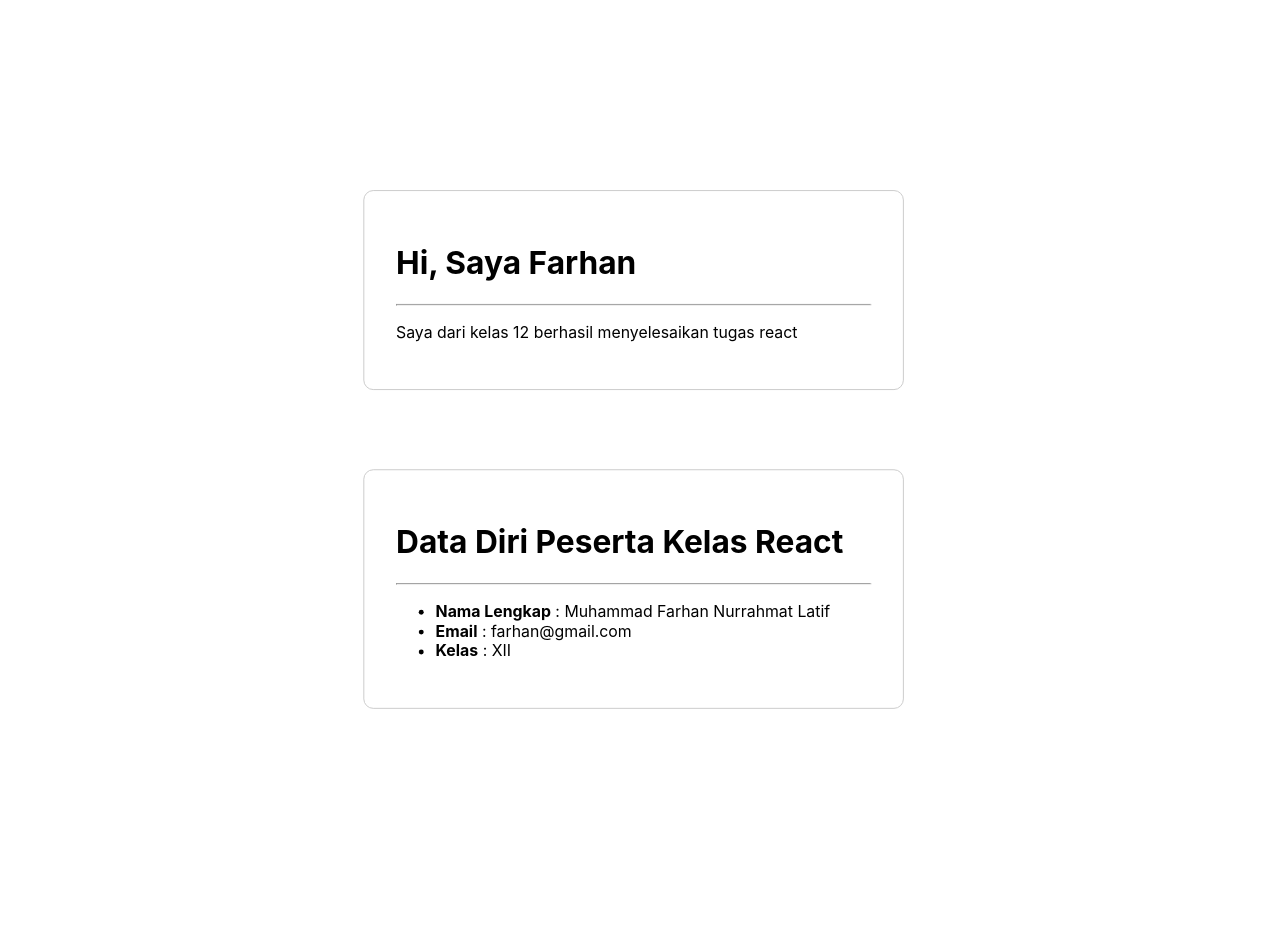
Repository: mfarhannr/Tugas-Reactjs_Farhan
Page: /
An editor plug-in stored every save of this project. The page is shown before and after a run of saves, followed by the edit.
The browser window is 1280 px wide. The pictures show the whole page, at 99% of full size.
The project was rebuilt for these pictures with package versions that can differ from the ones it lists, and the page was loaded fresh each time.

Above is the page before, as saved 2024-05-03 15:44:08.

After the next 2 saves:
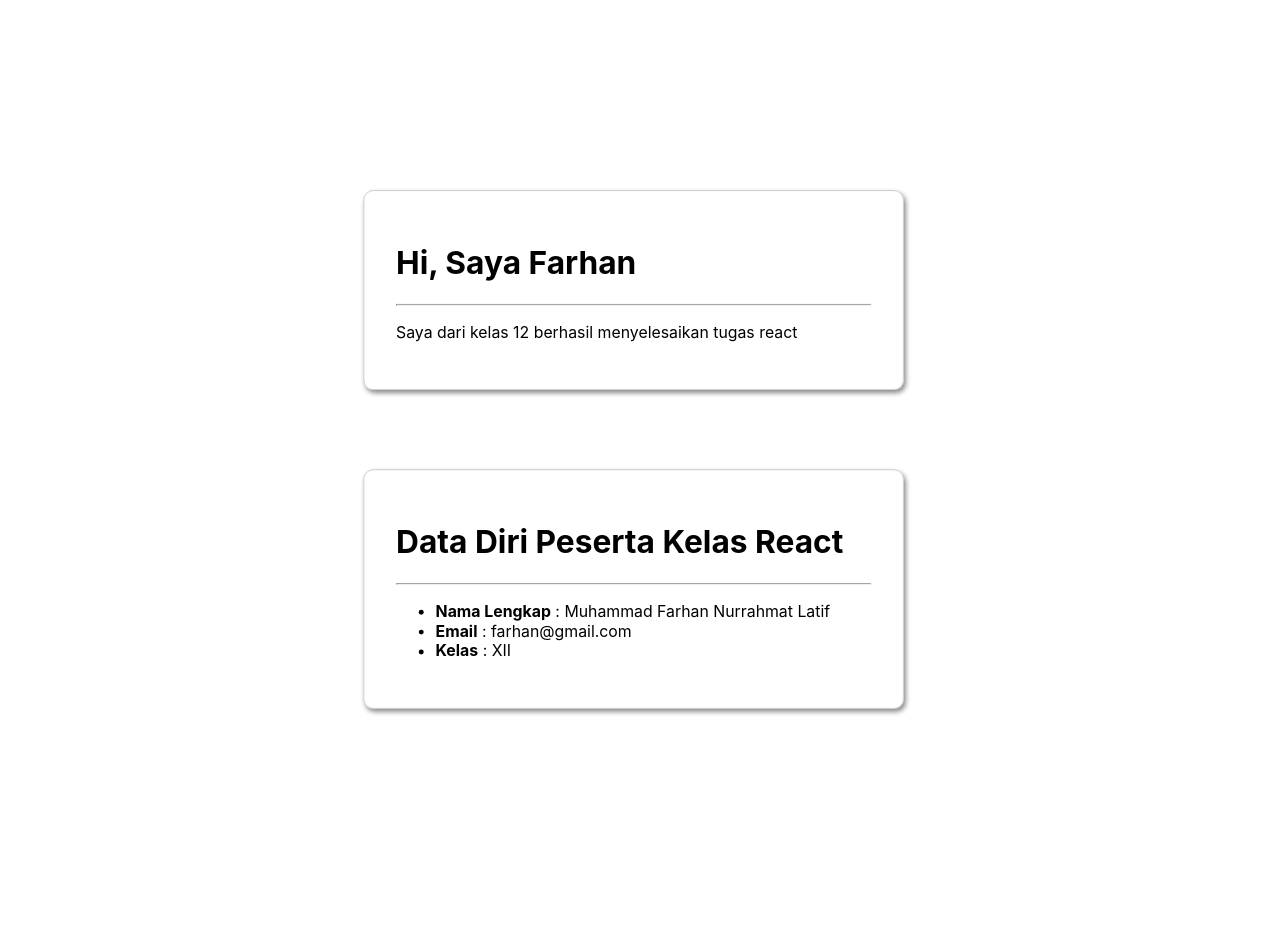
The 2 saves are shown as one change because they came seconds apart.
The last was saved 13 s later.
--- a/src/App.css
+++ b/src/App.css
@@ -8,6 +8,7 @@
   padding: 2em;
   margin: 2em auto;
   width: 50%;
+  box-shadow: 2px 3px 5px #888888;
 }
 
 span {
@@ -20,6 +21,7 @@ span {
   padding: 2em;
   margin: 5em auto;
   width: 50%;
+  box-shadow: 2px 3px 5px #888888;
 }
 
 .App-logo {
